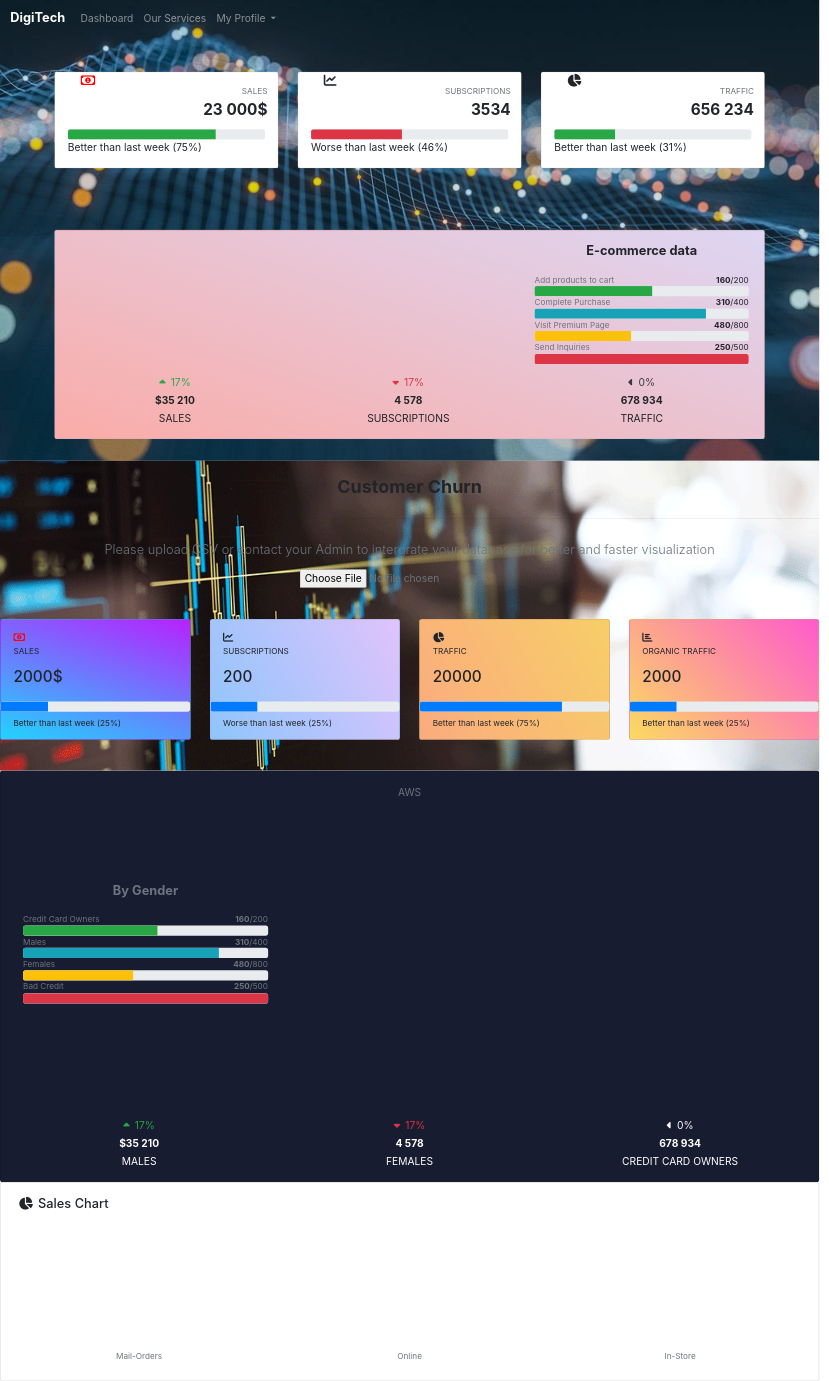
Repository: Tookliin/DigiTech
Page: /data
The author's editor kept a copy of each file at every save. The page is drawn from the files as they stood at one save, then again after the next save.
The browser window is 1280 px wide. The page is 1295 px wide, so the pictures cover 1295 px, including what lies to the right of the window. The pictures show the whole page, at 64% of full size.
The project was rebuilt for these pictures with package versions that can differ from the ones it lists, and the page was loaded fresh each time. Also part of the build but not shown: src/components/Dashboard.vue, src/components/Profile.vue, src/components/Error.vue, src/components/Register.vue.

Above is the page before, as saved 2020-07-22 08:50:43.

### src/main.js
import Vue from 'vue';
import App from './App.vue';
import VueRouter from 'vue-router';
// import 'bootstrap-icons';
// import 'bootstrap-icons/icons';
import 'jquery';
import 'popper.js';
import 'bootstrap';
import 'bootstrap/dist/css/bootstrap.min.css';
import './assets/css/main.css';
import '@fortawesome/fontawesome-free/css/all.min.css';
import 'bootstrap-css-only/css/bootstrap.min.css';
import Dashboard from './components/Dashboard.vue';
import Profile from './components/Profile';
import Error from './components/Error.vue';
import Register from './components/Register.vue';
import Organization from './components/Organization.vue';

Vue.use(VueRouter);
Vue.config.productionTip = false

const router = new VueRouter({
routes: [
  {path: '/', component: Dashboard},
  {path: '/profile', component: Profile},
  {path: '/register', component: Register},
  {path: '/data', component: Organization},
  {path: '*', component: Error}
],
mode: 'history'
});
new Vue({
  router,
  render: h => h(App)
}).$mount('#app');

### src/App.vue
<template>
  <div id="app">
    <main class="">
  <nav class="navbar fixed-top navbar-expand-lg navbar-dark scrolling-navbar">
        <a class="navbar-brand" href="/"><strong>DigiTech</strong></a>
        <button class="navbar-toggler" type="button" data-toggle="collapse" data-target="#navbarSupportedContent" aria-controls="navbarSupportedContent" aria-expanded="false" aria-label="Toggle navigation">
            <span class="navbar-toggler-icon"></span>
        </button>
        <div class="collapse navbar-collapse" id="navbarSupportedContent">
            <ul class="navbar-nav mr-auto">
              <router-link to="/">
              <a class="nav-link">Dashboard <span class="sr-only">(current)</span></a></router-link>

                <router-link to="/profile">
                  <a class="nav-link" >Our Services</a>
                </router-link>


                 <li class="nav-item dropdown">
          <a class="nav-link dropdown-toggle" id="navbarDropdownMenuLink-4" data-toggle="dropdown" aria-haspopup="true"
            aria-expanded="false">
           My Profile
          </a>
          <div class="dropdown-menu dropdown-menu-right dropdown-info" aria-labelledby="navbarDropdownMenuLink-4">
             <router-link to="/data">
             <a class="dropdown-item">Account</a></router-link>

             <router-link to="/register">
             <a class="dropdown-item">Register</a></router-link>

             <router-link to="/logout">
             <a class="dropdown-item">Log out</a></router-link>



            <!-- <a class="dropdown-item" href="/data">Our Clients</a> -->
          </div>
        </li>
            </ul>
        </div>
    </nav>
    </main>
    <router-view/>
  </div>
</template>
<script>
export default {
  name: "App",
  components:{

  },
  data(){
    return{}
  }
}
</script>

### src/assets/css/main.css
html,
body,
header,
.view {
  height: 100%;
}

.navbar {
    background-color: transparent;
}

@media (max-width: 740px) {
  html,
  body,
  header,
  .view {
    height: 1200px;
  }
}
@media (min-width: 800px) and (max-width: 850px) {
  html,
  body,
  header,
  .view {
    height: 700px;
  }
}

.top-nav-collapse {
  background-color: #39448c !important;
}

.navbar:not(.top-nav-collapse) {
  background: transparent !important;
}

@media (max-width: 991px) {
 .navbar:not(.top-nav-collapse) {
  background: #39448c !important;
 }
}

.far{
    color: red;
}

.dashboard{
    background-color: #21D4FD;
background-image: -webkit-linear-gradient(19deg, #21D4FD 0%, #B721FF 100%);
background-image: -moz-linear-gradient(19deg, #21D4FD 0%, #B721FF 100%);
background-image: -o-linear-gradient(19deg, #21D4FD 0%, #B721FF 100%);
background-image: linear-gradient(19deg, #21D4FD 0%, #B721FF 100%);
}

.profile{
background-color: #D9AFD9;
background-image: -webkit-linear-gradient(0deg, #D9AFD9 0%, #97D9E1 100%);
background-image: -moz-linear-gradient(0deg, #D9AFD9 0%, #97D9E1 100%);
background-image: -o-linear-gradient(0deg, #D9AFD9 0%, #97D9E1 100%);
background-image: linear-gradient(0deg, #D9AFD9 0%, #97D9E1 100%);

}


 .data{
    /* background-color: #FAACA8;
background-image: -webkit-linear-gradient(19deg, #FAACA8 0%, #DDD6F3 100%);
background-image: -moz-linear-gradient(19deg, #FAACA8 0%, #DDD6F3 100%);
background-image: -o-linear-gradient(19deg, #FAACA8 0%, #DDD6F3 100%);
background-image: linear-gradient(19deg, #FAACA8 0%, #DDD6F3 100%); */
background-image: url("../images/dsa.jpg");
background-position: center;
background-size: cover;;

 }

 .client-card{
     background-color: #FAACA8;
background-image: -webkit-linear-gradient(19deg, #FAACA8 0%, #DDD6F3 100%);
background-image: -moz-linear-gradient(19deg, #FAACA8 0%, #DDD6F3 100%);
background-image: -o-linear-gradient(19deg, #FAACA8 0%, #DDD6F3 100%);
background-image: linear-gradient(19deg, #FAACA8 0%, #DDD6F3 100%);
 }

 .customer-churn{
     /* background-attachment: fixed; */
     background-image: url("../images/ad.gif");
     background-position: center;
     background-size: cover;;
 }
.sales{
    background-color: #21D4FD;
    background-image: -webkit-linear-gradient(19deg, #21D4FD 0%, #B721FF 100%);
    background-image: -moz-linear-gradient(19deg, #21D4FD 0%, #B721FF 100%);
    background-image: -o-linear-gradient(19deg, #21D4FD 0%, #B721FF 100%);
    background-image: linear-gradient(19deg, #21D4FD 0%, #B721FF 100%);
}

.subscription{
    background-color: #8EC5FC;
    background-image: -webkit-linear-gradient(62deg, #8EC5FC 0%, #E0C3FC 100%);
    background-image: -moz-linear-gradient(62deg, #8EC5FC 0%, #E0C3FC 100%);
    background-image: -o-linear-gradient(62deg, #8EC5FC 0%, #E0C3FC 100%);
    background-image: linear-gradient(62deg, #8EC5FC 0%, #E0C3FC 100%);

}

.traffic{
    background-color: #FBAB7E;
    background-image: -webkit-linear-gradient(62deg, #FBAB7E 0%, #F7CE68 100%);
    background-image: -moz-linear-gradient(62deg, #FBAB7E 0%, #F7CE68 100%);
    background-image: -o-linear-gradient(62deg, #FBAB7E 0%, #F7CE68 100%);
    background-image: linear-gradient(62deg, #FBAB7E 0%, #F7CE68 100%);

}

.organic{
    background-color: #FBDA61;
    background-image: -webkit-linear-gradient(45deg, #FBDA61 0%, #FF5ACD 100%);
    background-image: -moz-linear-gradient(45deg, #FBDA61 0%, #FF5ACD 100%);
    background-image: -o-linear-gradient(45deg, #FBDA61 0%, #FF5ACD 100%);
    background-image: linear-gradient(45deg, #FBDA61 0%, #FF5ACD 100%);

}

### src/components/Organization.vue
<template>

<div class="">
<div class="data" style="height: 100vh;">

<div class="container ">
    <div class="row">
      <div class="col-lg-4 col-md-12 py-5 my-5">
        <div class="card mt-3">

          <div class="">
            <i class="far fa-money-bill-alt fa-lg primary-color z-depth-2 p-4 ml-3 mt-n3 rounded text-black"></i>
            <div class="float-right text-right p-3">
              <p class="text-uppercase text-muted mb-1"><small>sales</small></p>
              <h4 class="font-weight-bold mb-0">23 000$</h4>
            </div>
          </div>

          <div class="card-body pt-0">
            <div class="progress md-progress">
              <div class="progress-bar bg-success" role="progressbar" style="width: 75%" aria-valuenow="75" aria-valuemin="0"
                aria-valuemax="100"></div>
            </div>
            <p class="card-text">Better than last week (75%)</p>
          </div>
        </div>
      </div>

      <div class="col-lg-4 col-md-6 my-5 py-5">
        <div class="card mt-3">
          <div class="">
            <i class="fas fa-chart-line fa-lg teal z-depth-2 p-4 ml-3 mt-n3 rounded text-black"></i>
            <div class="float-right text-right p-3">
              <p class="text-uppercase text-muted mb-1"><small>subscriptions</small></p>
              <h4 class="font-weight-bold mb-0">3534</h4>
            </div>
          </div>
          <div class="card-body pt-0">
            <div class="progress md-progress">
              <div class="progress-bar bg-danger" role="progressbar" style="width: 46%" aria-valuenow="46" aria-valuemin="0"
                aria-valuemax="100"></div>
            </div>
            <p class="card-text">Worse than last week (46%)</p>
          </div>
        </div>
      </div>

      <div class="col-lg-4 col-md-6 my-5 py-5">
        <div class="card mt-3">
          <div class="">
            <i class="fas fa-chart-pie fa-lg purple z-depth-2 p-4 ml-3 mt-n3 rounded text-black"></i>
            <div class="float-right text-right p-3">
              <p class="text-uppercase text-muted mb-1"><small>traffic</small></p>
              <h4 class="font-weight-bold mb-0">656 234</h4>
            </div>
          </div>
          <div class="card-body pt-0">
            <div class="progress md-progress">
              <div class="progress-bar bg-success" role="progressbar" style="width: 31%" aria-valuenow="31" aria-valuemin="0"
                aria-valuemax="100"></div>
            </div>
            <p class="card-text">Better than last week (31%)</p>
          </div>
        </div>
      </div>
    </div>


    <!-- Client Behaviour -->
 <section>
      <div class=" client-card card">
        <div class="card-body mr-md-1">
          <div class="row mb-3">
            <div class="col-md-8 mb-4">
              <canvas id="barChart" height="100"></canvas>
            </div>
            <div class="col-md-4 mb-1 mb-md-0">
              <h5 class="text-center font-weight-bold mb-4">E-commerce data</h5>
              <div class="d-flex justify-content-between">
                <small class="text-muted">Add products to cart</small>
                <small><span><strong>160</strong></span>/<span></span>200</small>
              </div>
              <div class="progress md-progress">
                <div class="progress-bar bg-success" role="progressbar" style="width: 55%" aria-valuenow="55"
                  aria-valuemin="0" aria-valuemax="100"></div>
              </div>
              <div class="d-flex justify-content-between">
                <small class="text-muted">Complete Purchase</small>
                <small><span><strong>310</strong></span>/<span></span>400</small>
              </div>
              <div class="progress md-progress">
                <div class="progress-bar bg-info" role="progressbar" style="width: 80%" aria-valuenow="80"
                  aria-valuemin="0" aria-valuemax="100"></div>
              </div>
              <div class="d-flex justify-content-between">
                <small class="text-muted">Visit Premium Page</small>
                <small><span><strong>480</strong></span>/<span></span>800</small>
              </div>
              <div class="progress md-progress">
                <div class="progress-bar bg-warning" role="progressbar" style="width: 45%" aria-valuenow="45"
                  aria-valuemin="0" aria-valuemax="100"></div>
              </div>
              <div class="d-flex justify-content-between">
                <small class="text-muted">Send Inquiries</small>
                <small><span><strong>250</strong></span>/<span></span>500</small>
              </div>
              <div class="progress md-progress">
                <div class="progress-bar bg-danger" role="progressbar" style="width: 100%" aria-valuenow="100"
                  aria-valuemin="0" aria-valuemax="100"></div>
              </div>
            </div>
          </div>
          <div class="row text-center">
            <div class="col-md-4 mb-4 mb-md-0">
              <p class="text-success mb-1"><i class="fas fa-caret-up mr-2"></i>17%</p>
              <p class="font-weight-bold mb-1">$35 210</p>
              <p class="text-uppercase mb-md-0">Sales</p>
            </div>
            <div class="col-md-4 mb-4 mb-md-0">
              <p class="text-danger mb-1"><i class="fas fa-caret-down mr-2"></i>17%</p>
              <p class="font-weight-bold mb-1">4 578</p>
              <p class="text-uppercase mb-md-0">Subscriptions</p>
            </div>
            <div class="col-md-4 mb-0">
              <p class="text-dark mb-1"><i class="fas fa-caret-left mr-2"></i>0%</p>
              <p class="font-weight-bold mb-1">678 934</p>
              <p class="text-uppercase mb-0">Traffic</p>
            </div>
          </div>
        </div>
      </div>
    </section>
    </div>
    </div>

<!-- Customer Churn -->
<section class=" customer-churn py-4">

    <h3 class="font-weight-bold text-center dark-grey-text pb-2">
        Customer Churn</h3>
    <hr class="w-header my-4">
    <p class="lead text-center text-muted pt-2 mb-3">Please upload CSV or contact your Admin to intergrate your database for better and faster visualization

    </p>
    <div class="text-center text-muted mb-5">
        <input type="file" name="form" id="form">
        <a class="primary-color"></a>
    </div>


    <div class="row white-text">
      <div class="col-xl-3 col-md-6 mb-4">
        <div class="sales card classic-admin-card primary-color">
          <div class="card-body py-3">
            <i class="far fa-money-bill-alt"></i>
            <p class="small">SALES</p>
            <h4>2000$</h4>
          </div>
          <div class="progress md-progress">
            <div class="progress-bar grey darken-3" role="progressbar" style="width: 25%" aria-valuenow="25" aria-valuemin="0" aria-valuemax="100"></div>
          </div>
          <div class="card-body pt-2 pb-3">
            <p class="small mb-0">Better than last week (25%)</p>
          </div>
        </div>
      </div>

      <div class="col-xl-3 col-md-6 mb-4">
        <div class="subscription card classic-admin-card warning-color">
          <div class="card-body py-3">
            <i class="fas fa-chart-line"></i>
            <p class="small">SUBSCRIPTIONS</p>
            <h4>200</h4>
          </div>
          <div class="progress md-progress">
            <div class="progress-bar bg grey darken-3" role="progressbar" style="width: 25%" aria-valuenow="25" aria-valuemin="0" aria-valuemax="100"></div>
          </div>
          <div class="card-body pt-2 pb-3">
            <p class="small mb-0">Worse than last week (25%)</p>
          </div>
        </div>
      </div>

      <div class="col-xl-3 col-md-6 mb-4">
        <div class="traffic card classic-admin-card light-blue lighten-1">
          <div class="card-body py-3">
            <i class="fas fa-chart-pie"></i>
            <p class="small">TRAFFIC</p>
            <h4>20000</h4>
          </div>
          <div class="progress md-progress">
            <div class="progress-bar grey darken-3" role="progressbar" style="width: 75%" aria-valuenow="75" aria-valuemin="0" aria-valuemax="100"></div>
          </div>
          <div class="card-body pt-2 pb-3">
            <p class="small mb-0">Better than last week (75%)</p>
          </div>
        </div>
      </div>

      <div class="col-xl-3 col-md-6 mb-4">
        <div class="organic card classic-admin-card red accent-2">
          <div class="card-body py-3">
            <i class="fas fa-chart-bar"></i>
            <p class="small">ORGANIC TRAFFIC</p>
            <h4>2000</h4>
          </div>
          <div class="progress md-progress">
            <div class="progress-bar grey darken-3" role="progressbar" style="width: 25%" aria-valuenow="25" aria-valuemin="0" aria-valuemax="100"></div>
          </div>
          <div class="card-body pt-2 pb-3">
            <p class="small mb-0">Better than last week (25%)</p>
          </div>
        </div>
      </div>
    </div>
  </section>


   <section>

    <div class="card" style="background-color: #181C30;">
      <div class="card-body">
            <div class="text-center text-muted mb-5">
                <a class="primary-color">AWS</a>

            <div class="col-md-6 mb-4">
              <canvas id="barChart" height="100"></canvas>
            </div>
            <div class="col-md-4 mb- ">
              <h5 class="text-center font-weight-bold mb-4">By Gender</h5>
              <div class="d-flex justify-content-between">
                <small class="text-muted">Credit Card Owners</small>
                <small><span><strong>160</strong></span>/<span></span>200</small>
              </div>
              <div class="progress md-progress">
                <div class="progress-bar bg-success" role="progressbar" style="width: 55%" aria-valuenow="55"
                  aria-valuemin="0" aria-valuemax="100"></div>
              </div>
              <div class="d-flex justify-content-between">
                <small class="text-muted">Males</small>
                <small><span><strong>310</strong></span>/<span></span>400</small>
              </div>
              <div class="progress md-progress">
                <div class="progress-bar bg-info" role="progressbar" style="width: 80%" aria-valuenow="80"
                  aria-valuemin="0" aria-valuemax="100"></div>
              </div>
              <div class="d-flex justify-content-between">
                <small class="text-muted">Females</small>
                <small><span><strong>480</strong></span>/<span></span>800</small>
              </div>
              <div class="progress md-progress">
                <div class="progress-bar bg-warning" role="progressbar" style="width: 45%" aria-valuenow="45"
                  aria-valuemin="0" aria-valuemax="100"></div>
              </div>
              <div class="d-flex justify-content-between">
                <small class="text-muted">Bad Credit</small>
                <small><span><strong>250</strong></span>/<span></span>500</small>
              </div>
              <div class="progress md-progress">
                <div class="progress-bar bg-danger" role="progressbar" style="width: 100%" aria-valuenow="100"
                  aria-valuemin="0" aria-valuemax="100"></div>
              </div>

          </div>



                </div>



        <canvas id="lineChart" class="mb-4" height="100"></canvas>

        <!--Grid row-->
        <div class="row text-center text-white">


          <!--Grid column-->
          <div class="col-md-4 mb-4 mb-md-0">

            <p class="text-success mb-1"><i class="fas fa-caret-up mr-2"></i>17%</p>
            <p class="font-weight-bold mb-1">$35 210</p>
            <p class="text-uppercase mb-md-0">Males</p>

          </div>
          <!--Grid column-->

          <!--Grid column-->
          <div class="col-md-4 mb-4 mb-md-0">

            <p class="text-danger mb-1"><i class="fas fa-caret-down mr-2"></i>17%</p>
            <p class="font-weight-bold mb-1">4 578</p>
            <p class="text-uppercase mb-md-0">Females</p>

          </div>
          <!--Grid column-->

          <!--Grid column-->
          <div class="col-md-4 mb-0">

            <p class="text-grey mb-1"><i class="fas fa-caret-left mr-2"></i>0%</p>
            <p class="font-weight-bold mb-1">678 934</p>
            <p class="text-uppercase mb-0">Credit Card Owners</p>
          </div>
        </div>

      </div>
    </div>
  </section>

   <section>

    <div class="card indigo">
      <div class="card-body">

        <p class="h5 white-text pb-4 mb-3"><i class="fas fa-chart-pie px-2"></i>Sales Chart</p>

        <canvas id="lineChart1" class="mb-4" height="100"></canvas>

      </div>

      <div class="card-body white">

        <!--Grid row-->
        <div class="row text-center text-muted my-2">

            <!--Grid column-->
            <div class="col-md-4 mb-4 mb-md-0">

              <span class="min-chart mt-0 mb-3" id="chart-pageviews" data-percent="86">
                <span class="percent"></span>
              </span>
              <p class="small mb-md-0">Mail-Orders</p>

            </div>
            <!--Grid column-->

            <!--Grid column-->
            <div class="col-md-4 mb-4 mb-md-0">

        <span class="min-chart mt-0 mb-3" id="chart-sales" data-percent="54">
                <span class="percent"></span>
              </span>
              <p class="small mb-md-0">Online</p>

            </div>
            <!--Grid column-->

            <!--Grid column-->
            <div class="col-md-4 mb-0">

        <span class="min-chart mt-0 mb-3" id="chart-downloads" data-percent="72">
                <span class="percent"></span>
              </span>
              <p class="small mb-0">In-Store</p>

            </div>
            <!--Grid column-->

          </div>
          <!--Grid row-->

      </div>
    </div>


  </section>


    </div>
</template>
<script>
export default {
    name: 'Profile',
    props:{


    }, data() {
        return {
            male: 8137,
            labels: ["Red", "Blue", "Yellow", "Green", "Purple", "Orange"],




        }
    },
    mounted() {

    this.ctxB = document.getElementById("barChart").getContext('2d');
    this.myBarChart =  {
      type: 'bar',
      data: {
        labels: ["Red", "Blue", "Yellow", "Green", "Purple", "Orange"],
        datasets: [{
          label: '# of Votes',
          data: [12, 19, 3, 5, 2, 3],
          backgroundColor: [
            'rgba(255, 99, 132, 0.2)',
            'rgba(54, 162, 235, 0.2)',
            'rgba(255, 206, 86, 0.2)',
            'rgba(75, 192, 192, 0.2)',
            'rgba(153, 102, 255, 0.2)',
            'rgba(255, 159, 64, 0.2)'
          ],
          borderColor: [
            'rgba(255,99,132,1)',
            'rgba(54, 162, 235, 1)',
            'rgba(255, 206, 86, 1)',
            'rgba(75, 192, 192, 1)',
            'rgba(153, 102, 255, 1)',
            'rgba(255, 159, 64, 1)'
          ],
          borderWidth: 1
        }]
      },
      options: {
        scales: {
          yAxes: [{
            ticks: {
              beginAtZero: true
            }
          }]
        }
      }
    };
    },
    methods: {

    },
}
</script>

Loaded but not shown: public/index.html (common file)

After the next save:
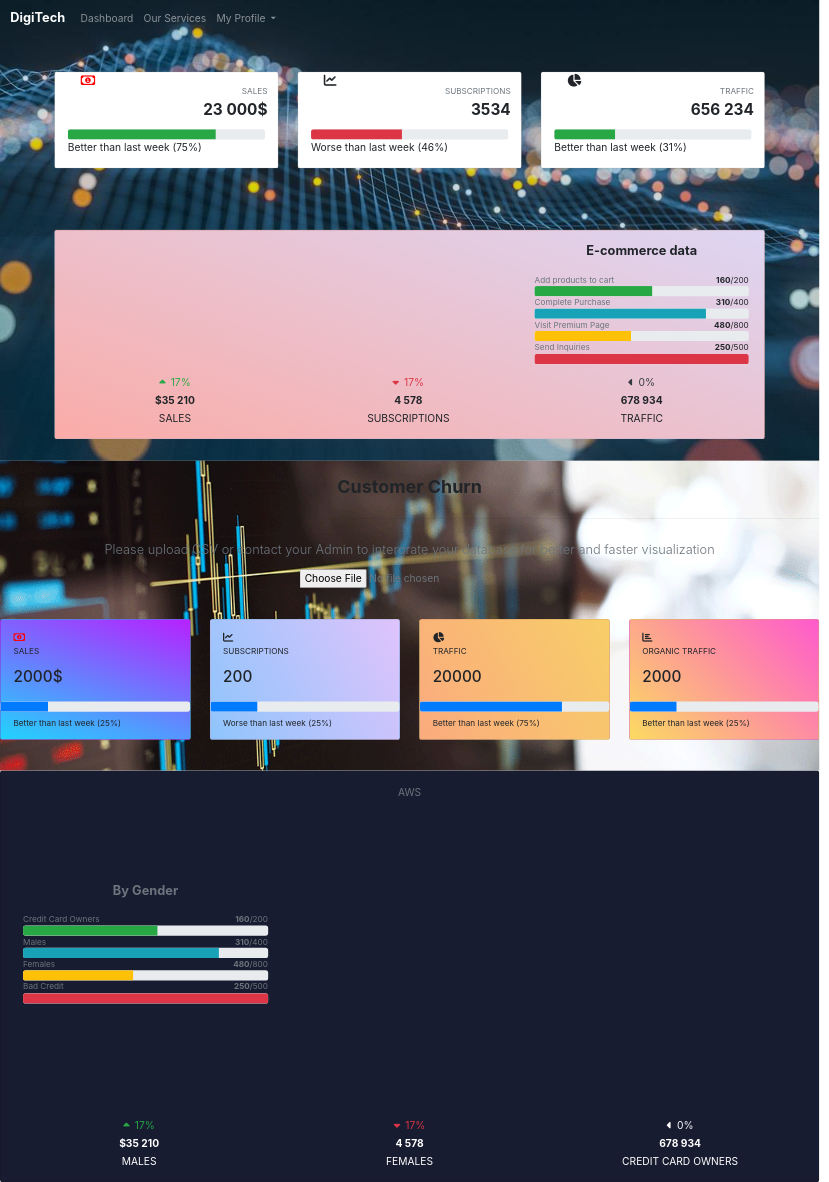
Saved 30 s later.
--- a/src/components/Organization.vue
+++ b/src/components/Organization.vue
@@ -308,63 +308,6 @@
     </div>
   </section>
 
-   <section>
-
-    <div class="card indigo">
-      <div class="card-body">
-
-        <p class="h5 white-text pb-4 mb-3"><i class="fas fa-chart-pie px-2"></i>Sales Chart</p>
-
-        <canvas id="lineChart1" class="mb-4" height="100"></canvas>
-
-      </div>
-
-      <div class="card-body white">
-
-        <!--Grid row-->
-        <div class="row text-center text-muted my-2">
-
-            <!--Grid column-->
-            <div class="col-md-4 mb-4 mb-md-0">
-
-              <span class="min-chart mt-0 mb-3" id="chart-pageviews" data-percent="86">
-                <span class="percent"></span>
-              </span>
-              <p class="small mb-md-0">Mail-Orders</p>
-
-            </div>
-            <!--Grid column-->
-
-            <!--Grid column-->
-            <div class="col-md-4 mb-4 mb-md-0">
-
-        <span class="min-chart mt-0 mb-3" id="chart-sales" data-percent="54">
-                <span class="percent"></span>
-              </span>
-              <p class="small mb-md-0">Online</p>
-
-            </div>
-            <!--Grid column-->
-
-            <!--Grid column-->
-            <div class="col-md-4 mb-0">
-
-        <span class="min-chart mt-0 mb-3" id="chart-downloads" data-percent="72">
-                <span class="percent"></span>
-              </span>
-              <p class="small mb-0">In-Store</p>
-
-            </div>
-            <!--Grid column-->
-
-          </div>
-          <!--Grid row-->
-
-      </div>
-    </div>
-
-
-  </section>
 
 
     </div>
